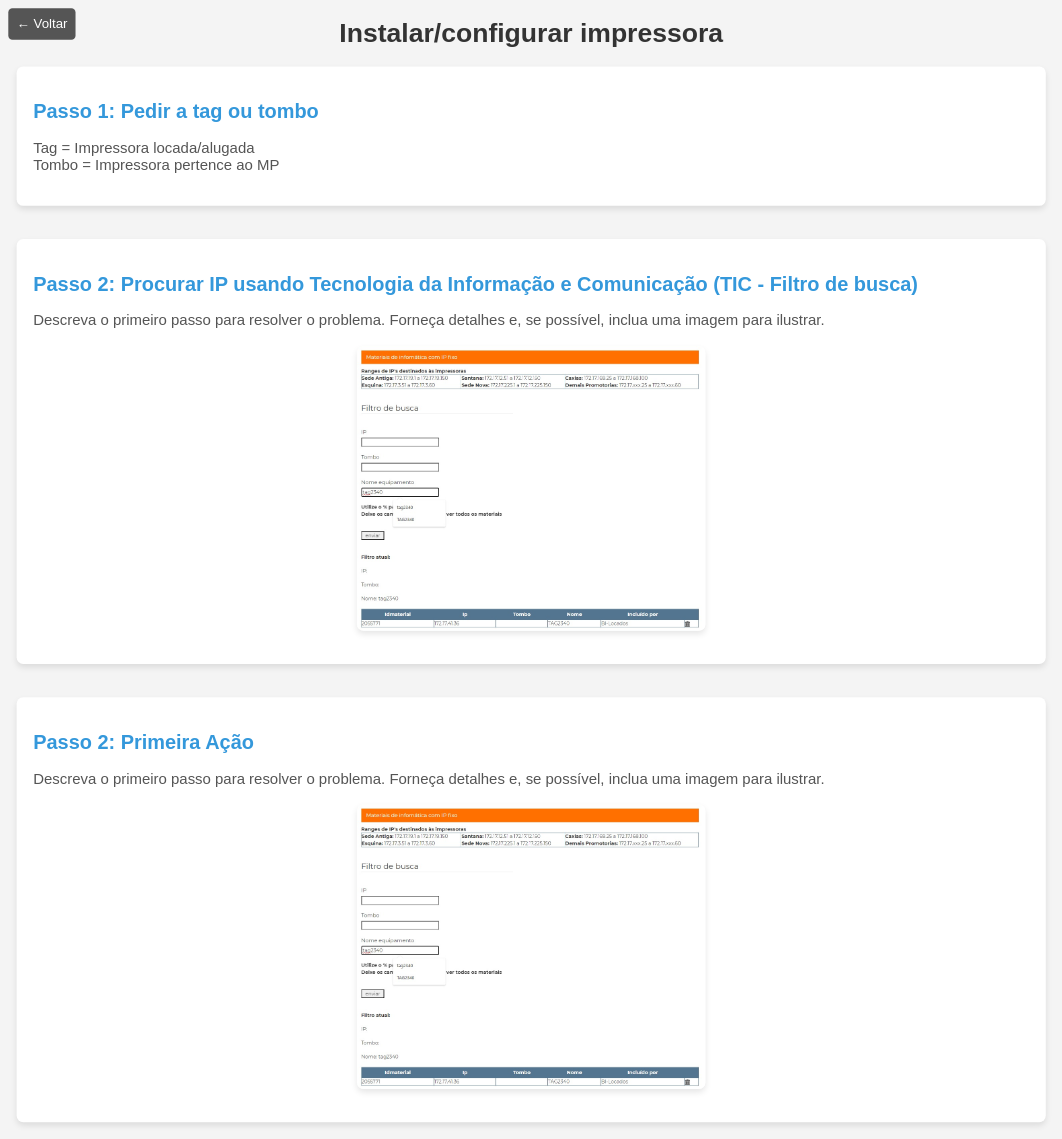
Repository: I4guito/dicasdez
Page: Dicas site/impressoras/instalaçãoi.html
An editor plug-in stored every save of this project. The page is shown before and after a run of saves, followed by the edit.
The browser window is 1280 px wide. The pictures show the part of the page from y = 0 to 1372 px (the page is 1901 px tall before and 1940 px after), at 83% of full size.
A picture or video elsewhere on the page could not be fetched, so the positions and the page height are approximate.

Above is the page before, as saved 2023-11-27 15:42:36.

### Dicas site/impressoras/instalaçãoi.html
<!DOCTYPE html>

<html lang="pt-br">
    <head>
        <meta charset="UTF-8">
        <meta name="viewport" content="width=device-width, initial-scale=1.0">
        <link rel="stylesheet" href="imp.css">
        <script src="/Dicas site/opera.js"></script>
        <title>Passo a Passo Tutorial</title>

    </head>
    <body>
        <header><a href="javascript:history.back()" class="voltar-btn">&#8592; Voltar</a></header>

        <h1>Instalar/configurar impressora</h1>

        <div class="step">
            <h2>Passo 1: Pedir a tag ou tombo</h2>
            <p>
                Tag = Impressora locada/alugada<br>
                Tombo = Impressora pertence ao MP
            </p>

        </div>


        <div class="step">
            <h2>Passo 2: Procurar IP usando Tecnologia da Informação e Comunicação (TIC - Filtro de busca)</h2>
            <p>
                Descreva o primeiro passo para resolver o problema. Forneça detalhes e, se possível, inclua uma imagem para ilustrar.
            </p>
            <img src="/Dicas site/impressoras/imagens/materiais ip fixo.jpeg" alt="Imagem do passo 2">
        </div>

        <div class="step">
            <h2>Passo 2: Primeira Ação</h2>
            <p>
                Descreva o primeiro passo para resolver o problema. Forneça detalhes e, se possível, inclua uma imagem para ilustrar.
            </p>
            <img src="/Dicas site/impressoras/imagens/materiais ip fixo.jpeg" alt="Imagem do passo 2">
        </div>

        <div class="step">
            <h2>Passo 2: Primeira Ação</h2>
            <p>
                Descreva o primeiro passo para resolver o problema. Forneça detalhes e, se possível, inclua uma imagem para ilustrar.
            </p>
            <img src="passo2.jpg" alt="Imagem do passo 2">
        </div>

    </body>
    </html>

### Dicas site/impressoras/imp.css
body {
    font-family: 'Arial', sans-serif;
    margin: 20px;
    background-color: #f4f4f4;
}

h1 {
    text-align: center;
    color: #333;
}

p{
    font-size: 18px;
}

.step {
    margin-bottom: 40px;
    background-color: #fff;
    padding: 20px;
    border-radius: 8px;
    box-shadow: 0 4px 8px rgba(0, 0, 0, 0.1);
}

.step h2 {
    color: #3498db;
}

.step p {
    color: #555;
}

.step img {
    max-width: 35%;
    height: auto;
    display: block;
    margin: 20px auto;
    border-radius: 8px;
    box-shadow: 0 4px 8px rgba(0, 0, 0, 0.1);


}

.voltar-btn {
    position: absolute;
    left: 10px;
    top: 10px;
    text-decoration: none;
    color: #fff;
    font-size: 16px;
    padding: 10px;
    background-color: #555;
    border: none;
    border-radius: 5px;
    cursor: pointer;
    transition: background-color 0.3s;
}

.voltar-btn:hover {
    background-color: #777;
}

### Dicas site/opera.js

const isOpera = navigator.userAgent.indexOf("OPR") > -1;


if (isOpera) {
  document.addEventListener("DOMContentLoaded", function () {
    document.querySelector("body").style.backgroundColor = "#005c4b";
    document.querySelector(".container").style.color = "#333";
  });
}

After the next 3 saves:
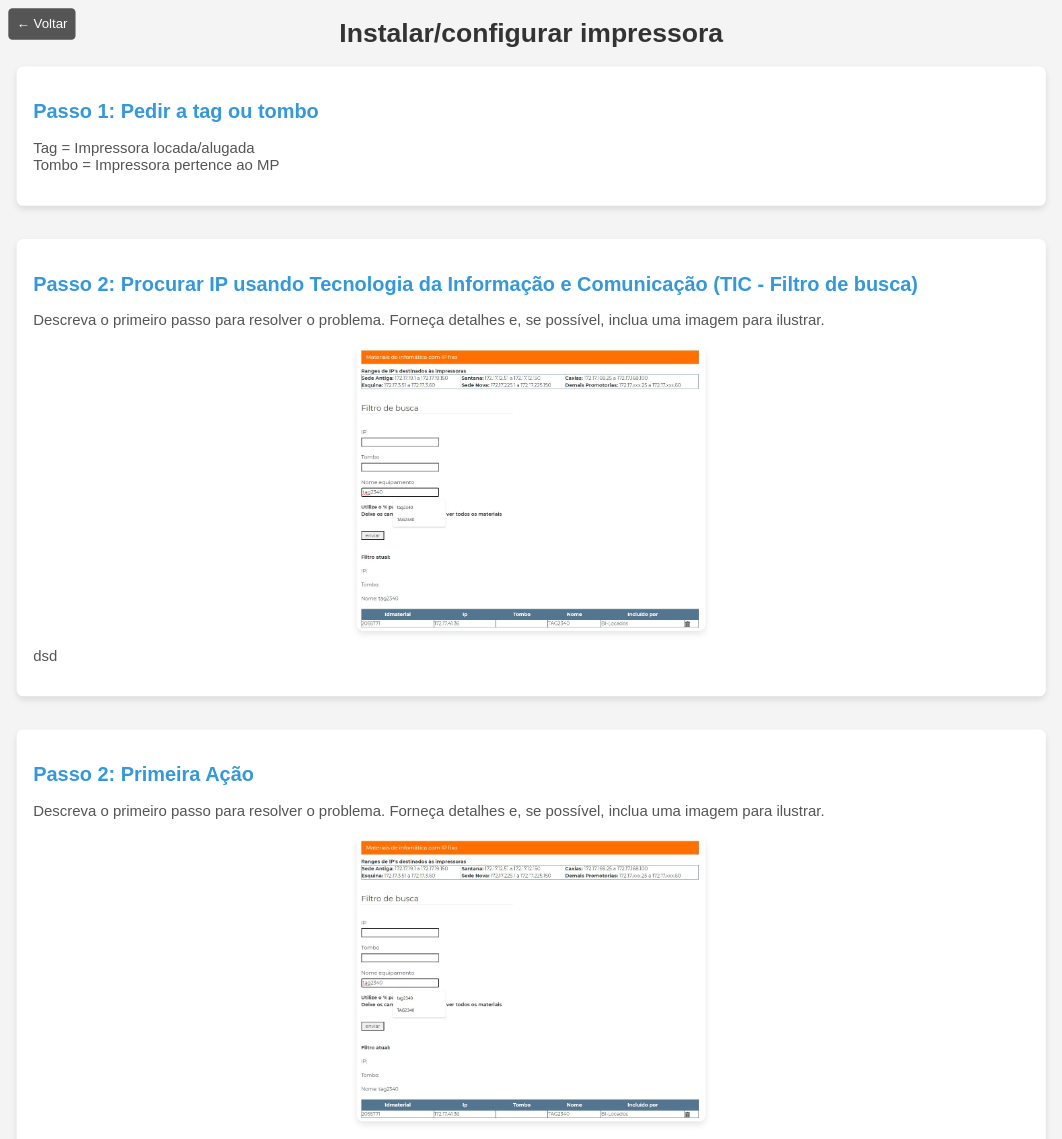
The 3 saves are shown as one change because they came seconds apart.
The last was saved 10 s later.
--- a/Dicas site/impressoras/instalaçãoi.html
+++ b/Dicas site/impressoras/instalaçãoi.html
@@ -30,6 +30,7 @@
                 Descreva o primeiro passo para resolver o problema. Forneça detalhes e, se possível, inclua uma imagem para ilustrar.
             </p>
             <img src="/Dicas site/impressoras/imagens/materiais ip fixo.jpeg" alt="Imagem do passo 2">
+            <p>dsd</p>
         </div>
 
         <div class="step">

After the save that followed:
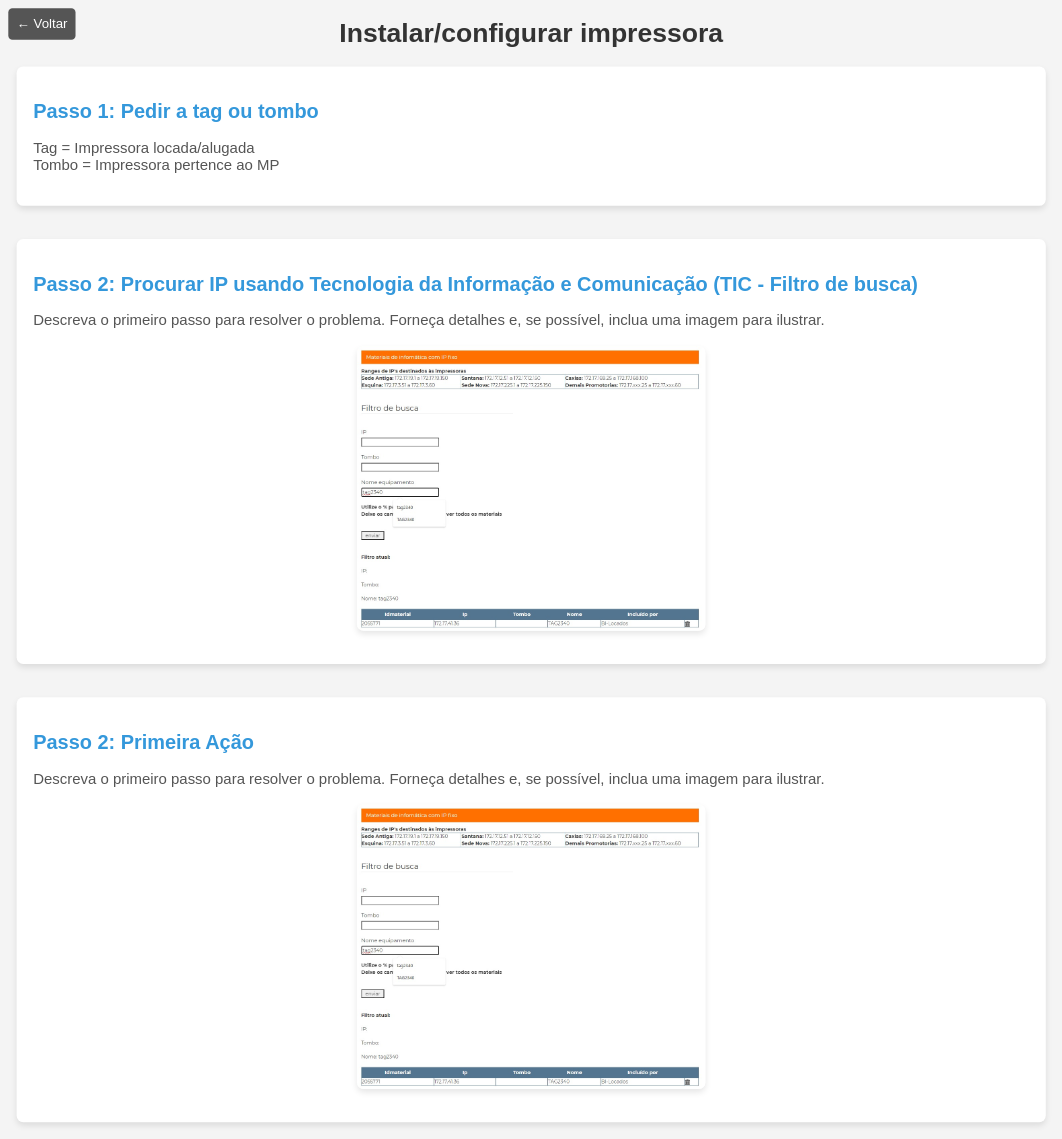
Saved 5 s later.
--- a/Dicas site/impressoras/instalaçãoi.html
+++ b/Dicas site/impressoras/instalaçãoi.html
@@ -30,7 +30,7 @@
                 Descreva o primeiro passo para resolver o problema. Forneça detalhes e, se possível, inclua uma imagem para ilustrar.
             </p>
             <img src="/Dicas site/impressoras/imagens/materiais ip fixo.jpeg" alt="Imagem do passo 2">
-            <p>dsd</p>
+            <p></p>
         </div>
 
         <div class="step">
